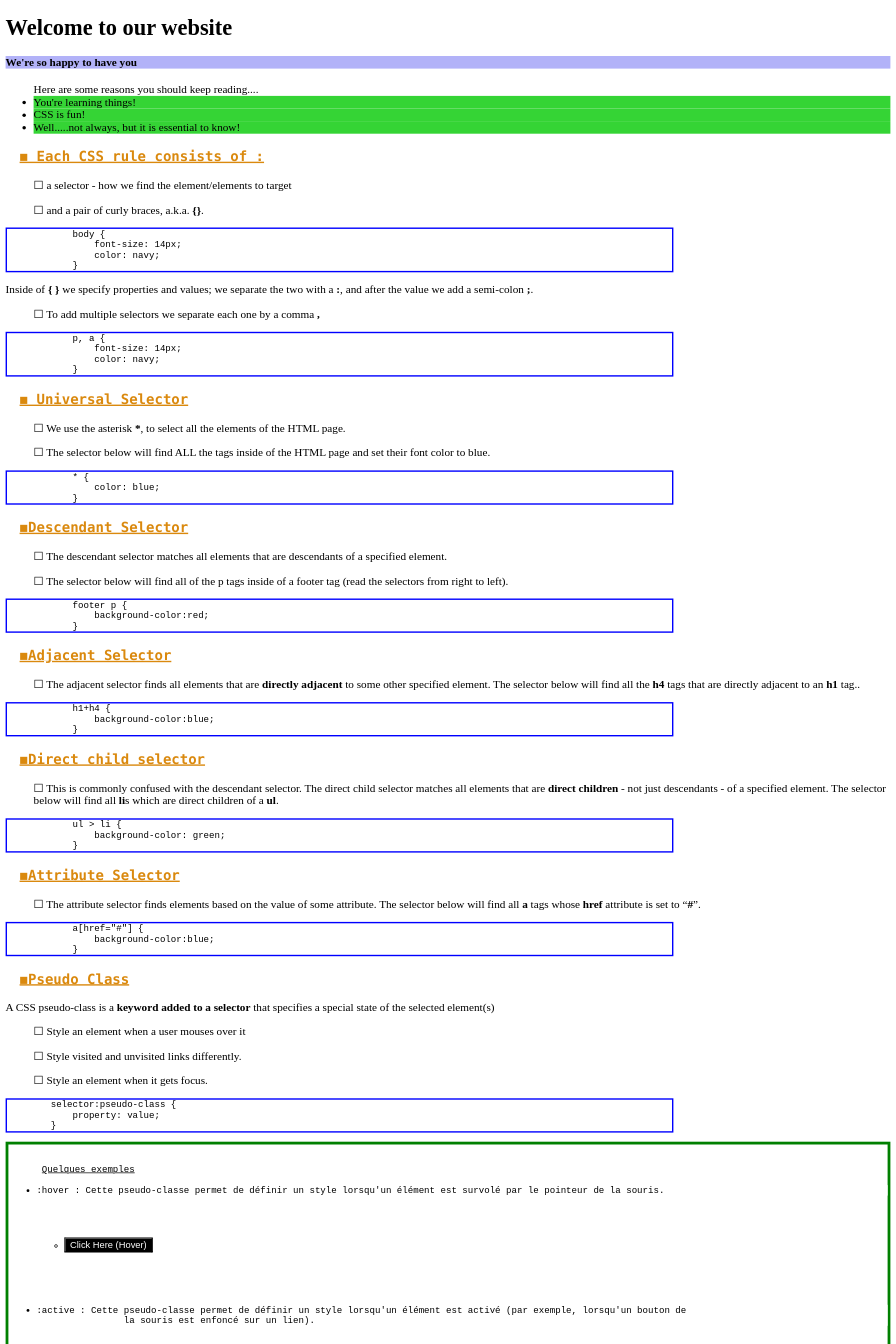
Repository: AnnaSpirit/Tests__
Page: CSS/Useful_Selectors.html
An editor plug-in stored every save of this project. The page is shown before and after the next save, followed by the edit.
The browser window is 1280 px wide. The pictures show the part of the page from y = 0 to 1920 px (the page is 2638 px tall), at 70% of full size.

Above is the page before, as saved 2024-04-01 18:43:34.

### CSS/Useful_Selectors.html
<!DOCTYPE html>
<html lang="en">
<head>
    <meta charset="UTF-8">
    <meta name="viewport" content="width=device-width, initial-scale=1.0">
    <title>Useful Selectors</title>
    <link rel="stylesheet" href="style_Selectors.css">
</head>
<body>
    <header>
        <h1>Welcome to our website</h1>
        <h4>We're so happy to have you</h4>
    </header>
    <section>
        <ul> Here are some reasons you should keep reading....
            <li>You're learning things!</li>
            <li>CSS is fun!</li>
            <li>Well.....not always, but it is essential to know!</li>
        </ul>
    </section>
    <section>
        <h3 style="padding-left: 20px;"> &#9724; Each CSS rule consists of :</h3>
            <p style="padding-left: 40px;"> &#9744; a selector - how we find the element/elements to target</p>
            <p style="padding-left: 40px;"> &#9744; and a pair of curly braces, a.k.a. <b>{}</b>.</p>
    <span >
        <pre style="border: 2px solid blue; margin-right: 310px">
            body {
                font-size: 14px;
                color: navy;
            }</pre></span>
    <p>Inside of <b>{ }</b> we specify properties and values; we separate the two with a <b>:</b>, and after the value we add a semi-colon <b>;</b>.</p>
            <p style="padding-left: 40px;"> &#9744; To add multiple selectors we separate each one by a comma <b>,</b></p>
    <span>
        <pre style="border: 2px solid blue; margin-right: 310px">
            p, a {
                font-size: 14px;
                color: navy;
            }</pre>
        </span>
        <h3 style="padding-left: 20px;"> &#9724; Universal Selector</h3>
        <p style="padding-left: 40px;">&#9744; We use the asterisk <b>*</b>, to select all the elements of the HTML page.</p>
        <p style="padding-left: 40px;">&#9744; The selector below will find ALL the tags inside of the HTML page and set their font color to blue.</p>
    <span>
        <pre style="border: 2px solid blue; margin-right: 310px">
            * {
                color: blue;
            }</pre>
    </span>
    <h3 style="padding-left: 20px;"> &#9724;Descendant Selector</h3>
    <p style="padding-left: 40px;">&#9744; The descendant selector matches all elements that are descendants of a specified element.</p>
    <p style="padding-left: 40px;">&#9744; The selector below will find all of the p tags inside of a footer tag (read the selectors from right to left).</p>
    <span>
        <pre style="border: 2px solid blue; margin-right: 310px">
            footer p {
                background-color:red;
            }</pre>
    </span>
    <h3 style="padding-left: 20px;"> &#9724;Adjacent Selector</h3>
    <p style="padding-left: 40px;">&#9744; The adjacent selector finds all elements that are <b>directly adjacent</b> to some other specified element. The selector below
    will find all the <b>h4</b> tags that are directly adjacent to an <b>h1</b> tag..</p>
    <span>
        <pre style="border: 2px solid blue; margin-right: 310px">
            h1+h4 {
                background-color:blue;
            }</pre>
    </span>
    <h3 style="padding-left: 20px;"> &#9724;Direct child selector</h3>
    <p style="padding-left: 40px;">&#9744; This is commonly confused with the descendant selector. The direct child selector matches all elements that are <b>direct
    children</b> - not just descendants - of a specified element. The selector below will find all <b>li</b>s which are direct children
    of a <b>ul</b>.</p>
    <span>
        <pre style="border: 2px solid blue; margin-right: 310px">
            ul > li {
                background-color: green;
            }</pre>
    </span>
    <h3 style="padding-left: 20px;"> &#9724;Attribute Selector</h3>
    <p style="padding-left: 40px;">&#9744; The attribute selector finds elements based on the value of some attribute. The selector below will find all <b>a</b> tags
    whose <b>href</b> attribute is set to “<b>#</b>”.</p>
    <span>
        <pre style="border: 2px solid blue; margin-right: 310px">
            a[href="#"] {
                background-color:blue;
            }</pre>
    </span>
    <h3 style="padding-left: 20px;"> &#9724;Pseudo Class</h3>
    <p>A CSS pseudo-class is a <b> keyword added to a selector</b> that specifies a special state of the selected element(s)</p>
    <p style="padding-left: 40px;">&#9744; Style an element when a user mouses over it</p>
    <p style="padding-left: 40px;">&#9744; Style visited and unvisited links differently.</p>
    <p style="padding-left: 40px;">&#9744; Style an element when it gets focus.</p>
    <span>
        <pre style="border: 2px solid blue; margin-right: 310px">
        selector:pseudo-class {
            property: value;
        }</pre>
    </span>
    <span>
        <pre style="border: 4px solid green;">
            <ul> <u>Quelques exemples</u>
                <li>:hover : Cette pseudo-classe permet de définir un style lorsqu'un élément est survolé par le pointeur de la souris.</li>
                <ul>
                    <li><button>Click Here (Hover)</button></li>
<!-- Dans Firefox (et dans d'autres navigateurs également), lors du rendu d'une page HTML, les espaces blancs, les retours à
la ligne et les espaces de tabulation dans le code HTML sont interprétés comme des "nœuds texte" dans le modèle DOM
(Document Object Model). Cela signifie que chaque espace, saut de ligne ou espace de tabulation est considéré comme un
nœud texte distinct dans l'arbre DOM de la page.

Ces "nœuds texte ne contenant que des espaces" sont ajoutés au DOM pour refléter fidèlement la structure du code HTML
original. Cela peut être important pour la mise en forme et la présentation visuelle de la page, car les espaces blancs
dans le code HTML peuvent influencer la mise en page des éléments, en particulier dans des situations comme le formatage
de texte ou la disposition de tableaux.

Cependant, ces espaces blancs peuvent également causer des problèmes lors du développement web, surtout lorsqu'ils sont
indésirables. Par exemple, des espaces blancs inattendus entre les éléments HTML peuvent créer des espaces visibles
indésirables sur la page. Dans de tels cas, les développeurs peuvent utiliser différentes techniques pour éviter que ces
espaces ne soient inclus dans le rendu final, comme la compression du HTML ou l'utilisation de techniques CSS
appropriées.

En résumé, Firefox (et d'autres navigateurs) ajoutent ces "nœuds texte ne contenant que des espaces" pour représenter
fidèlement la structure du code HTML original, mais cela peut parfois être source de confusion ou de problèmes lors du
développement web. -->
                </ul>
                <li>:active : Cette pseudo-classe permet de définir un style lorsqu'un élément est activé (par exemple, lorsqu'un bouton de
                la souris est enfoncé sur un lien).</li>
                <li>:focus : Cette pseudo-classe permet de définir un style lorsqu'un élément a le focus, c'est-à-dire qu'il est sélectionné
                par l'utilisateur (par exemple, lorsqu'un champ de formulaire est sélectionné).</li>
                <li>:first-child : Cette pseudo-classe permet de cibler le premier enfant d'un élément parent.</li>
                <li>:last-child : Cette pseudo-classe permet de cibler le dernier enfant d'un élément parent.</li>
                <li>:nth-child() : Cette pseudo-classe permet de cibler les éléments en fonction de leur position dans la liste des enfants
                d'un élément parent en utilisant une formule mathématique.</li>
                <li>:nth-of-type() : Cette pseudo-classe permet de cibler les éléments en fonction de leur type et de leur position parmi
                les éléments de ce type dans un élément parent.</li>
            </ul>
        </pre>
    </span>

    <h3 style="padding-left: 20px;"> &#9724;First & Last Child</h3>
    <p style="padding-left: 40px;">&#9744; The <b>:first-child</b> and <b>:last-child</b> CSS pseudo-class find all elements which are the first (or last, respectively) children
    of their parents. The selector below will find all the <b>li</b>‘s which are the first children of their parents.</p>
    <span>
        <pre style="border: 2px solid blue; margin-right: 310px">
        li:first-child {
            background-color:blue;
        }</pre>
    </span>

    <h3 style="padding-left: 20px;"> &#9724;n-th child</h3>
    <p style="padding-left: 40px;">&#9744; This is a sort of generalization of the selectors above. <b>nth-child</b> CSS pseudo-class will find all elements which are the
    nth children of their parents, for some specified value of <b>n</b>. The selector below will find all the <b>li</b>‘s which are the second children of their parents.</p>
    <span>
        <pre style="border: 2px solid blue; margin-right: 310px">
                a[href="#"] {
                    background-color:blue;
                }</pre>
    </span>
    </section>
    <hr>
    <footer>

        <p>
            Thanks for checking out this page!
            <a href="#">Here is a link that goes nowhere! It's for showing you stuff with CSS......we promise</a>
        </p>
    </footer>
</body>
</html>

### CSS/style_Selectors.css
/* Universal Selector */
/* * {
    color: brown;
} */

* text-node {
    white-space: nowrap;
    /* Empêche le saut de ligne */
}

.text-node.hidden {
    display: none;
    /* Cache complètement les nœuds texte */
}
section>ul>li {
    background-color: rgb(53, 212, 53);
}

h3{
    color: rgb(218, 137, 14);
    font-family: "Lucida Console", Monaco, monospace;
    font-size: 20px;
    color: #DA890E;
    text-decoration: underline rgb(218, 137, 14);
}
h1+h4 {
    background-color: rgb(178, 178, 248);
}
a[href="#"] {
    color: purple;
    font-weight: bold;
    font-style: italic;
}

footer p {
    background-color: rgb(245, 211, 211);
}
pre>ul>li {
    background-color: white;
}

button {
    background-color: black;
    color: white;
}

button:hover {
    background-color: yellow;
    color: rgb(125, 45, 33);
}

After the next save:
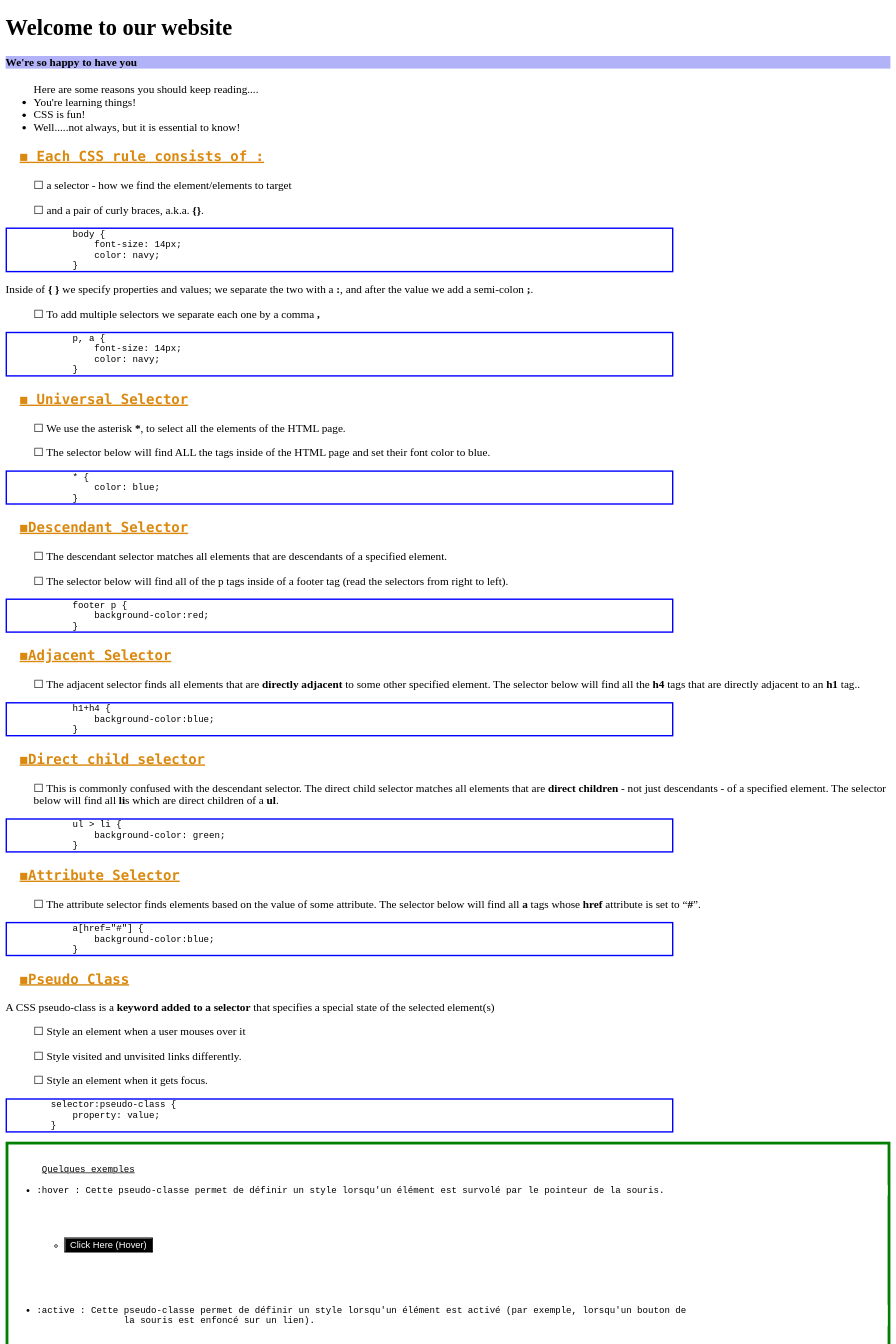
Saved 8 s later.
--- a/CSS/style_Selectors.css
+++ b/CSS/style_Selectors.css
@@ -8,8 +8,8 @@
     /* Empêche le saut de ligne */
 }
 
-.text-node.hidden {
-    display: none;
+/* .text-node.hidden {
+    display: none; */
     /* Cache complètement les nœuds texte */
 }
 section>ul>li {

After the 3 saves that followed:
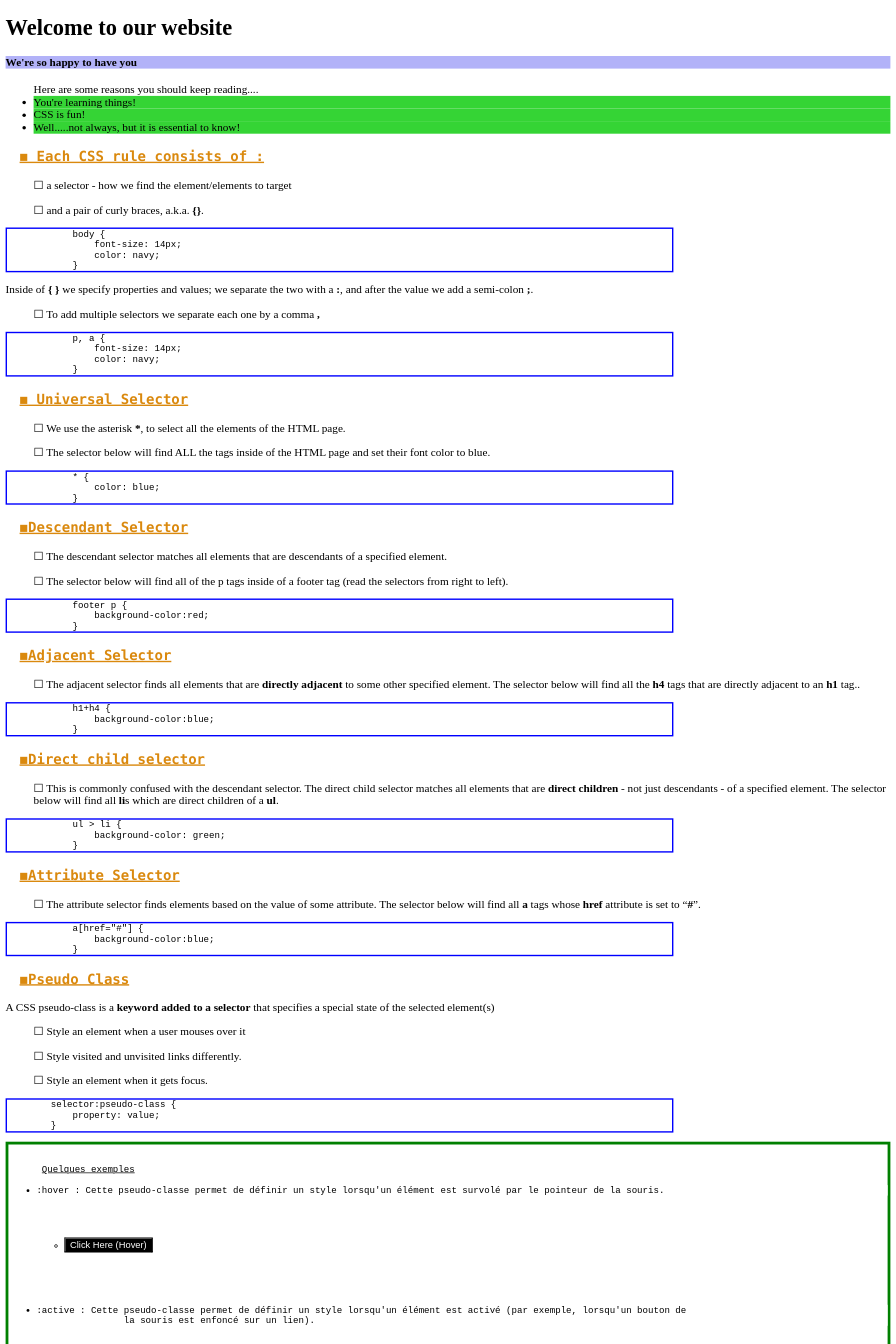
The 3 saves are shown as one change because they came seconds apart.
The last was saved 32 s later.
--- a/CSS/style_Selectors.css
+++ b/CSS/style_Selectors.css
@@ -3,12 +3,7 @@
     color: brown;
 } */
 
-* text-node {
-    white-space: nowrap;
-    /* Empêche le saut de ligne */
-}
-
-/* .text-node.hidden {
+* text-node.hidden {
     display: none; */
     /* Cache complètement les nœuds texte */
 }
